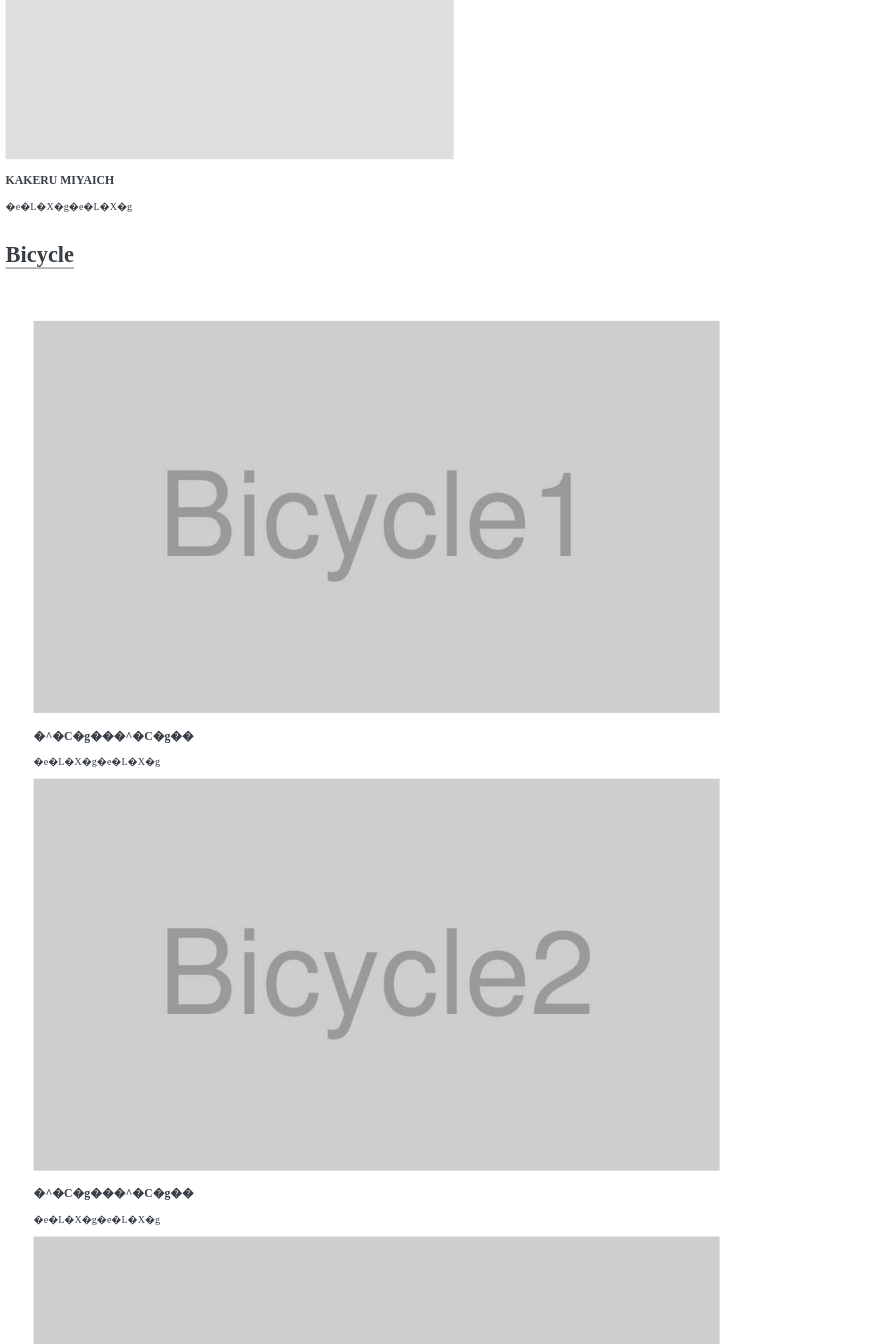
Repository: Fuki-san/bicycle
Page: http://localhost/profile
An editor plug-in stored every save of this project. The page is shown before and after a run of saves, followed by the edit.
The browser window is 1280 px wide. The pictures show the part of the page from y = 1899 to 3819 px (the page is 4350 px tall before and 4338 px after), at 70% of full size.
The page is served by the project's Laravel application, run on PHP 8.4 with Laravel 10.

Above is the page before, as saved 2023-11-18 11:33:14.

After the next 4 saves:
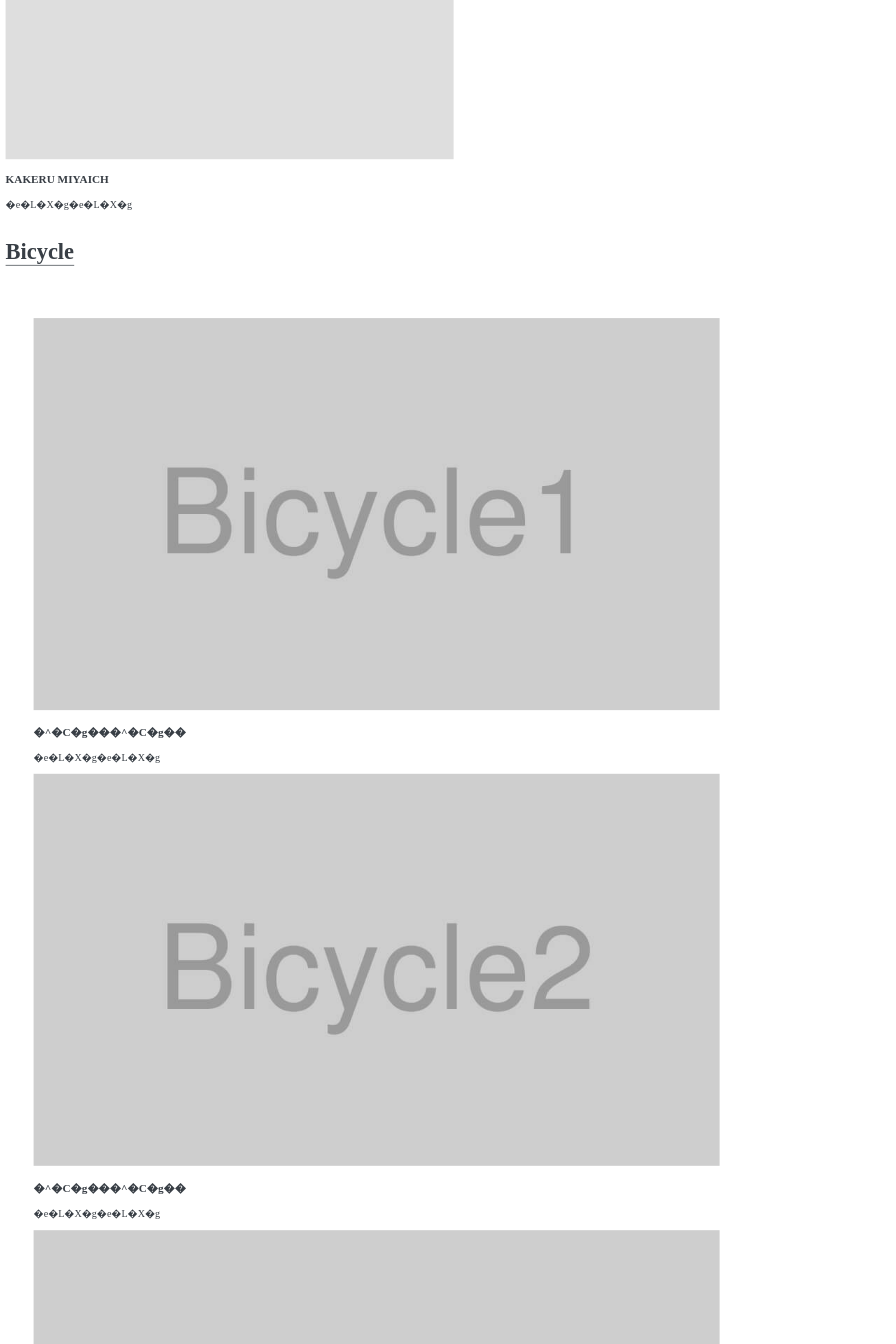
The 4 saves are shown as one change because they came seconds apart.
The last was saved 11 s later.
--- a/public/css/style.css
+++ b/public/css/style.css
@@ -34,5 +34,6 @@ a{
 }
 
 .content-title{
-
+    font-size: 1rem;
+    ma
 }
